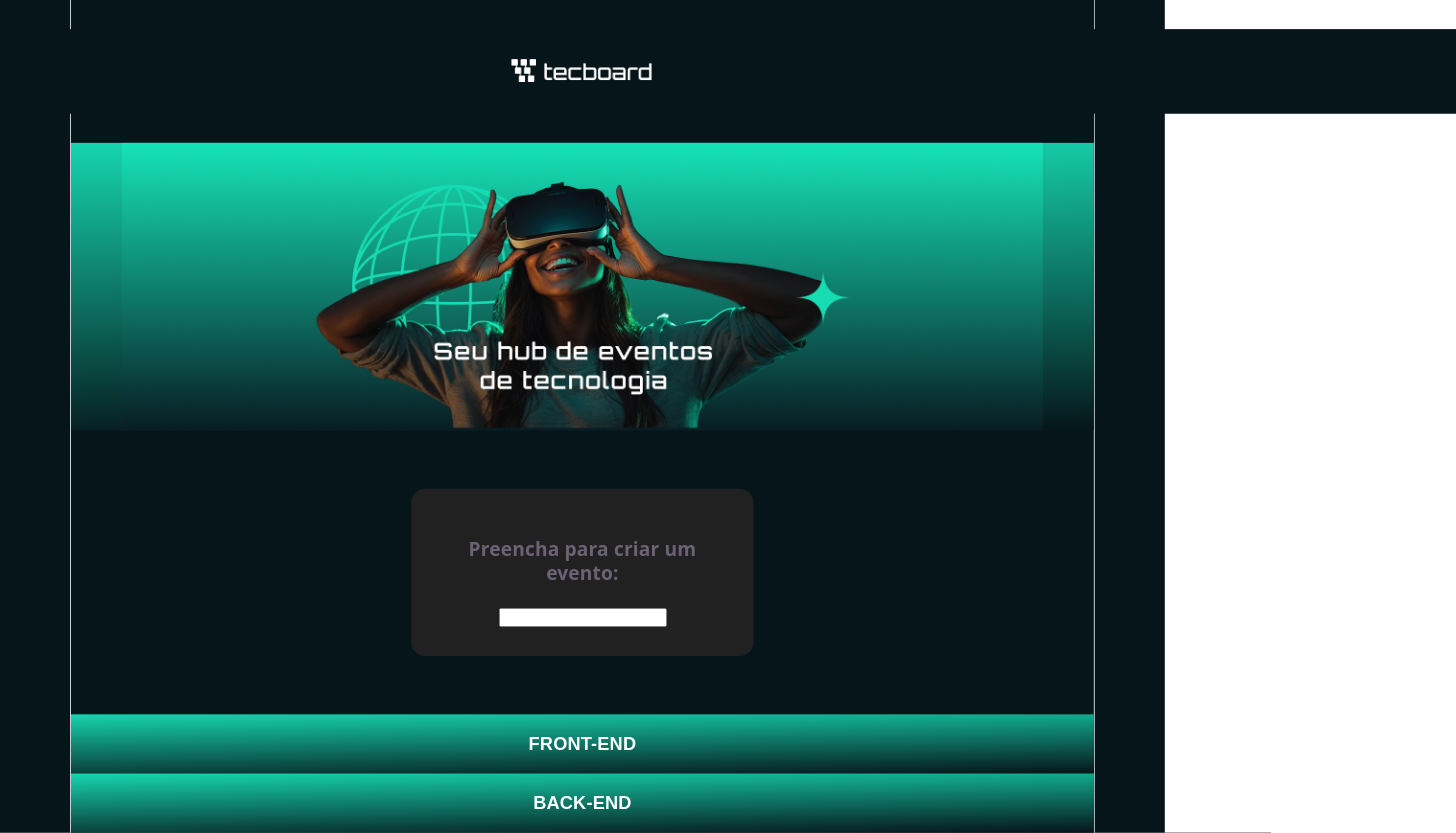
Repository: fernandadev12/techboard
Page: /
These files come from the project's save history. The page is drawn as it stood at one moment and after the next save; the edit follows.
The browser window is 1280 px wide. The page is 1600 px wide, so the pictures cover 1600 px, including what lies to the right of the window. The pictures show the whole page, at 91% of full size.
The project was rebuilt for these pictures with package versions that can differ from the ones it lists, and the page was loaded fresh each time. Also part of the build but not shown: vite.config.js.

Above is the page before, as saved 2026-06-14 12:15:33.

### index.html
<!doctype html>
<html lang="en">
  <head>
    <meta charset="UTF-8" />
    <link rel="icon" type="image/svg+xml" href="/favicon.svg" />
    <meta name="viewport" content="width=device-width, initial-scale=1.0" />
    <link rel="preconnect" href="https://fonts.googleapis.com" />
    <link rel="preconnect" href="https://fonts.gstatic.com" crossorigin />
    <link
      href="https://fonts.googleapis.com/css2?family=Orbitron:wght@400..900&display=swap"
      rel="stylesheet"
    />
    <title>techboard</title>
  </head>
  <body>
    <div id="root"></div>
    <script type="module" src="/src/main.jsx"></script>
  </body>
</html>

### src/index.css
:root {
  --text: #6b6375;
  --text-h: #08060d;
  --bg: #fff;
  --border: #e5e4e7;
  --code-bg: #f4f3ec;
  --accent: #aa3bff;
  --accent-bg: rgba(170, 59, 255, 0.1);
  --accent-border: rgba(170, 59, 255, 0.5);
  --social-bg: rgba(244, 243, 236, 0.5);
  --shadow:
    rgba(0, 0, 0, 0.1) 0 10px 15px -3px, rgba(0, 0, 0, 0.05) 0 4px 6px -2px;

  --sans: system-ui, "Segoe UI", Roboto, sans-serif;
  --heading: system-ui, "Segoe UI", Roboto, sans-serif;
  --mono: ui-monospace, Consolas, monospace;

  font: 18px/145% var(--sans);
  letter-spacing: 0.18px;
  color-scheme: light dark;
  color: var(--text);
  background: var(--bg);
  font-synthesis: none;
  text-rendering: optimizeLegibility;
  -webkit-font-smoothing: antialiased;
  -moz-osx-font-smoothing: grayscale;

  @media (max-width: 1024px) {
    font-size: 16px;
  }
}

@media (prefers-color-scheme: dark) {
  :root {
    --text: #9ca3af;
    --text-h: #f3f4f6;
    --bg: #16171d;
    --border: #2e303a;
    --code-bg: #1f2028;
    --accent: #c084fc;
    --accent-bg: rgba(192, 132, 252, 0.15);
    --accent-border: rgba(192, 132, 252, 0.5);
    --social-bg: rgba(47, 48, 58, 0.5);
    --shadow:
      rgba(0, 0, 0, 0.4) 0 10px 15px -3px, rgba(0, 0, 0, 0.25) 0 4px 6px -2px;
  }

  #social .button-icon {
    filter: invert(1) brightness(2);
  }
}

body {
  margin: 0;
  background-color: #06151a;
}

#root {
  width: 1126px;
  max-width: 100%;
  margin: 0 auto;
  text-align: center;
  border-inline: 1px solid var(--border);
  min-height: 100svh;
  display: flex;
  flex-direction: column;
  box-sizing: border-box;
}

h1,
h2 {
  font-family: var(--heading);
  font-weight: 500;
  color: var(--text-h);
}

h1 {
  font-size: 56px;
  letter-spacing: -1.68px;
  margin: 32px 0;
  @media (max-width: 1024px) {
    font-size: 36px;
    margin: 20px 0;
  }
}
h2 {
  font-size: 24px;
  line-height: 118%;
  letter-spacing: -0.24px;
  margin: 0 0 8px;
  @media (max-width: 1024px) {
    font-size: 20px;
  }
}
p {
  margin: 0;
}

code,
.counter {
  font-family: var(--mono);
  display: inline-flex;
  border-radius: 4px;
  color: var(--text-h);
}

code {
  font-size: 15px;
  line-height: 135%;
  padding: 4px 8px;
  background: var(--code-bg);
}

### src/App.jsx
import "./App.css";
import { Banner } from "./componentes/Banner";
import { Tema } from "./componentes/Tema";
import { FormularioDeEvento } from "./componentes/FormularioDeEvento";

function App() {
  const temas = [
    {
      id: 1,
      nome: "Front-end",
    },
    {
      id: 2,
      nome: "Back-end",
    },
    {
      id: 3,
      nome: "Mobile",
    },
    {
      id: 4,
      nome: "DevOps",
    },
    {
      id: 5,
      nome: "Inteligência Artificial",
    },
    {
      id: 6,
      nome: "Cloud",
    },
  ];

  return (
    <main>
      <header>
        <img src="/Header.png"></img>
      </header>
      <Banner />
      <FormularioDeEvento />
      <section>
        <Tema tema={temas[0]} />
      </section>
      <section>
        <Tema tema={temas[1]} />
      </section>
    </main>
  );
}

export default App;

### src/App.css
header {
  background-color: #06151a;
  padding: 32px;
  display: flex;
  justify-content: center;
}
section {
  background: linear-gradient(179deg, #16d5af 0%, #06151a);
  display: flex;
  justify-content: center;
}
section img {
  max-width: 90%;
}

.form-evento {
  background-color: #212121;
  padding: 32px 28px;
  border-radius: 15px;
  width: 394px;
  margin: 64px auto;
  max-width: 320px;
}
.hero {
  position: relative;

  .base,
  .framework,
  .vite {
    inset-inline: 0;
    margin: 0 auto;
  }

  .base {
    width: 170px;
    position: relative;
    z-index: 0;
  }

  .framework,
  .vite {
    position: absolute;
  }

  .framework {
    z-index: 1;
    top: 34px;
    height: 28px;
    transform: perspective(2000px) rotateZ(300deg) rotateX(44deg) rotateY(39deg)
      scale(1.4);
  }

  .vite {
    z-index: 0;
    top: 107px;
    height: 26px;
    width: auto;
    transform: perspective(2000px) rotateZ(300deg) rotateX(40deg) rotateY(39deg)
      scale(0.8);
  }
}

#center {
  display: flex;
  flex-direction: column;
  gap: 25px;
  place-content: center;
  place-items: center;
  flex-grow: 1;

  @media (max-width: 1024px) {
    padding: 32px 20px 24px;
    gap: 18px;
  }
}

#next-steps {
  display: flex;
  border-top: 1px solid var(--border);
  text-align: left;

  & > div {
    flex: 1 1 0;
    padding: 32px;
    @media (max-width: 1024px) {
      padding: 24px 20px;
    }
  }

  .icon {
    margin-bottom: 16px;
    width: 22px;
    height: 22px;
  }

  @media (max-width: 1024px) {
    flex-direction: column;
    text-align: center;
  }
}

#docs {
  border-right: 1px solid var(--border);

  @media (max-width: 1024px) {
    border-right: none;
    border-bottom: 1px solid var(--border);
  }
}

#next-steps ul {
  list-style: none;
  padding: 0;
  display: flex;
  gap: 8px;
  margin: 32px 0 0;

  .logo {
    height: 18px;
  }

  a {
    color: var(--text-h);
    font-size: 16px;
    border-radius: 6px;
    background: var(--social-bg);
    display: flex;
    padding: 6px 12px;
    align-items: center;
    gap: 8px;
    text-decoration: none;
    transition: box-shadow 0.3s;

    &:hover {
      box-shadow: var(--shadow);
    }
    .button-icon {
      height: 18px;
      width: 18px;
    }
  }

  @media (max-width: 1024px) {
    margin-top: 20px;
    flex-wrap: wrap;
    justify-content: center;

    li {
      flex: 1 1 calc(50% - 8px);
    }

    a {
      width: 100%;
      justify-content: center;
      box-sizing: border-box;
    }
  }
}

#spacer {
  height: 88px;
  border-top: 1px solid var(--border);
  @media (max-width: 1024px) {
    height: 48px;
  }
}

.ticks {
  position: relative;
  width: 100%;

  &::before,
  &::after {
    content: "";
    position: absolute;
    top: -4.5px;
    border: 5px solid transparent;
  }

  &::before {
    left: 0;
    border-left-color: var(--border);
  }
  &::after {
    right: 0;
    border-right-color: var(--border);
  }
}

### src/componentes/Banner/index.jsx
import "./bannerstyles.css";

export function Banner() {
  return (
    <section className="banner">
      <img src="/Banner.jpg"></img>
    </section>
  );
}

### src/componentes/Tema/index.jsx
import "./temastyles.css";

export function Tema({ tema }) {
  return <h3 className="titulotema">{tema.nome}</h3>;
}

### src/componentes/FormularioDeEvento/index.jsx
import { TituloFormulario } from "../TituloFormulario";
import { CampoFormulario } from "../CampoDeFormulario";

export function FormularioDeEvento() {
  return (
    <form className="form-evento">
      <TituloFormulario />
      <CampoFormulario />
      <input type="text" id="nome" />
    </form>
  );
}

### src/componentes/Banner/bannerstyles.css
.banner {
  background: linear-gradient(179deg, #16d5af 0%, #06151a);
  display: flex;
  justify-content: center;
}

.banner img {
  max-width: 90%;
}

### src/componentes/Tema/temastyles.css
.titulotema {
  color: #fff;
  font-family: "Orbiton", sans-serif;
  font-weight: 600;
  font-size: 20px;
  line-height: 125%;
  letter-spacing: 10%;
  vertical-align: middle;
  text-transform: uppercase;
}

### src/componentes/TituloFormulario/index.jsx
export function TituloFormulario() {
  return <h3>Preencha para criar um evento:</h3>;
}
// export function TituloFormulario({ children }) {
//   return <h2>{children}</h2>;
// }

### src/componentes/CampoDeFormulario/index.jsx
export function CampoFormulario({ children }) {
  return <label>{children}</label>;
}

### src/componentes/Botao/index.jsx
export function BotaoFormulario() {
  return <button type="submit">Enviar</button>;
}

Loaded but not shown: src/main.jsx (common file)

After the next save:
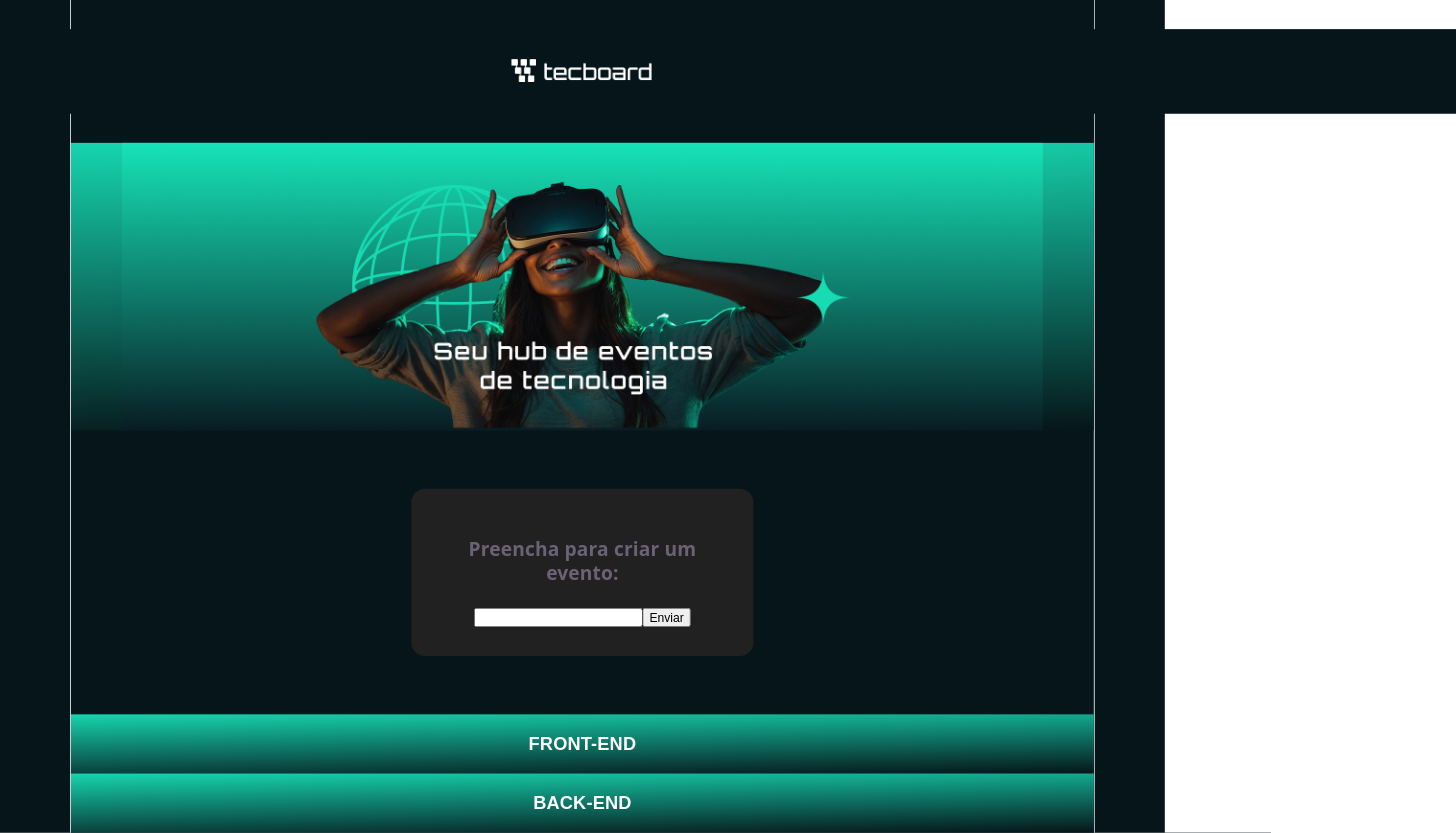
Saved 6 s later.
--- a/src/componentes/FormularioDeEvento/index.jsx
+++ b/src/componentes/FormularioDeEvento/index.jsx
@@ -1,5 +1,6 @@
 import { TituloFormulario } from "../TituloFormulario";
 import { CampoFormulario } from "../CampoDeFormulario";
+import { BotaoFormulario } from "../Botao";
 
 export function FormularioDeEvento() {
   return (
@@ -7,6 +8,7 @@
       <TituloFormulario />
       <CampoFormulario />
       <input type="text" id="nome" />
+      <BotaoFormulario />
     </form>
   );
 }
